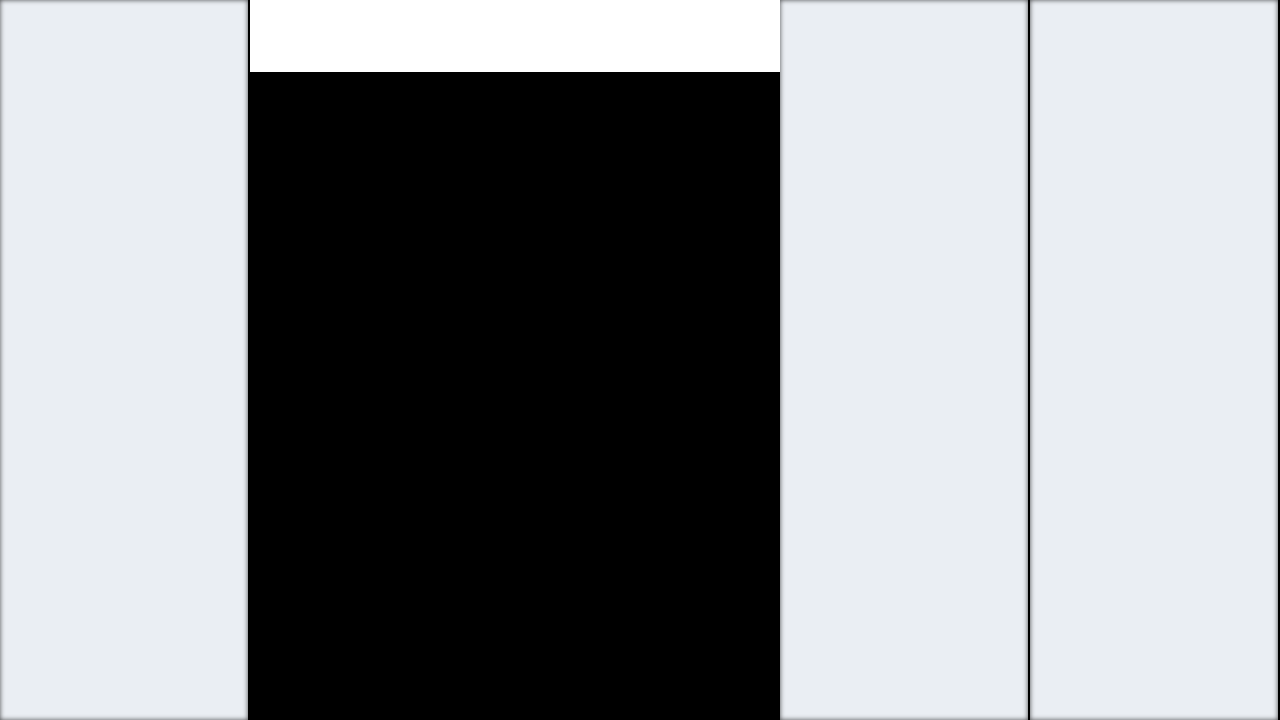
Repository: JJianZ/miao
Page: a.html
The author's editor kept a copy of each file at every save. The page is drawn from the files as they stood at one save, then again after the next save.
The browser window is 1280 px wide. The pictures show the whole page.

Above is the page before, as saved 2021-11-23 10:36:49.

### a.html
<!DOCTYPE html>
<html lang="en">
<head>
  <meta charset="UTF-8">
  <meta http-equiv="X-UA-Compatible" content="IE=edge">
  <meta name="viewport" content="width=device-width, initial-scale=1.0">
  <title>Document</title>
  <style>
    html,body {
      margin: 0;
      padding: 0;
      height: 100%;
    }

    div {
      /* width: 100%; */
      height: 100%;
      position: relative;
      min-width: 300px;
    }
    aside {
      position: absolute;
      width: 250px;
      height: 100%;
      background-color: #eaeef3;
      border-right: black 2px solid;
      box-sizing: border-box;
      box-shadow:0px 0px 5px rgba(0,0,0,0.7) inset;


    }
    header {
      position: absolute;
      left: 250px;
      height: 72px;
      right: 500px;
      line-height: 720px;
    }
    main {
      position: absolute;
      top: 72px;
      left: 250px;
      right: 500px;
      bottom: 0;
      background-color: black;
    }
    .second {
      right: 250px;
    }
    .third {
      right: 0px;
    }
  </style>
</head>
<body>
  <div>
    <aside class="first"></aside>
    <header></header>
    <main></main>
    <aside class="second"></aside>
    <aside class="third"></aside>
  </div>
</body>
</html>

After the next save:
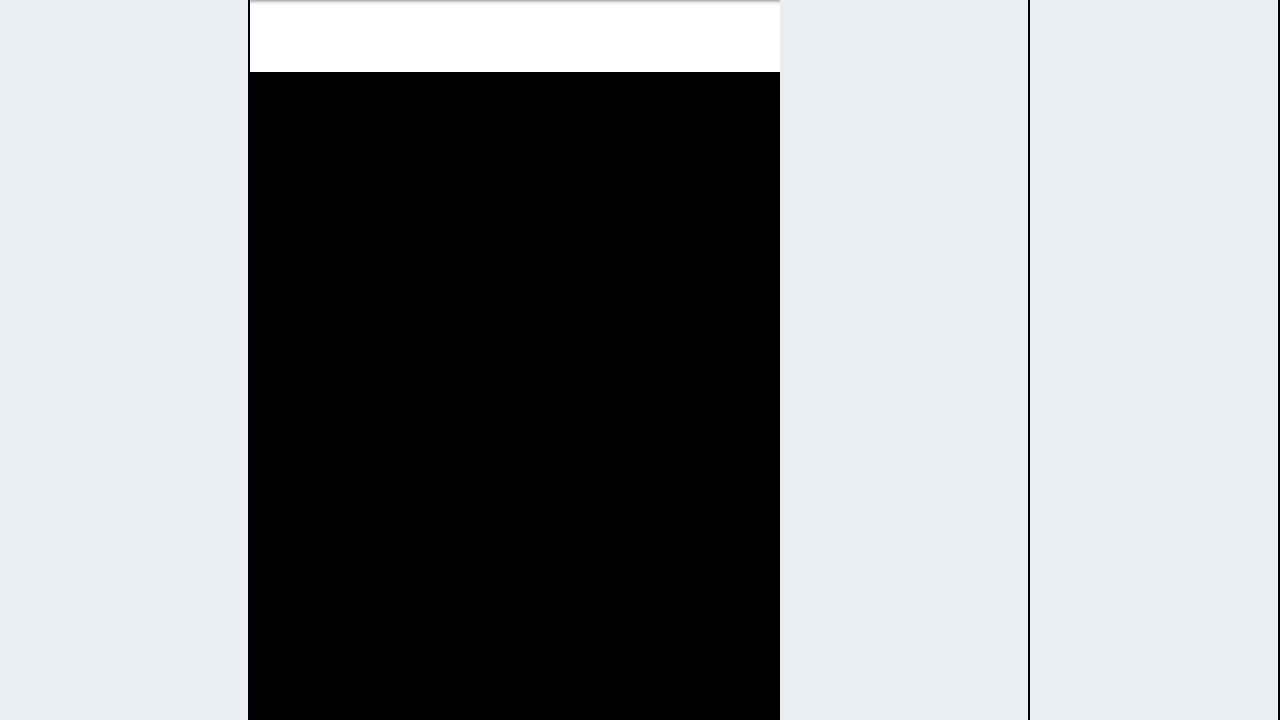
Saved 16 s later.
--- a/a.html
+++ b/a.html
@@ -17,6 +17,8 @@
       height: 100%;
       position: relative;
       min-width: 300px;
+      box-shadow:0px 0px 5px rgba(0,0,0,0.7) inset;
+
     }
     aside {
       position: absolute;
@@ -25,7 +27,6 @@
       background-color: #eaeef3;
       border-right: black 2px solid;
       box-sizing: border-box;
-      box-shadow:0px 0px 5px rgba(0,0,0,0.7) inset;
 
 
     }
